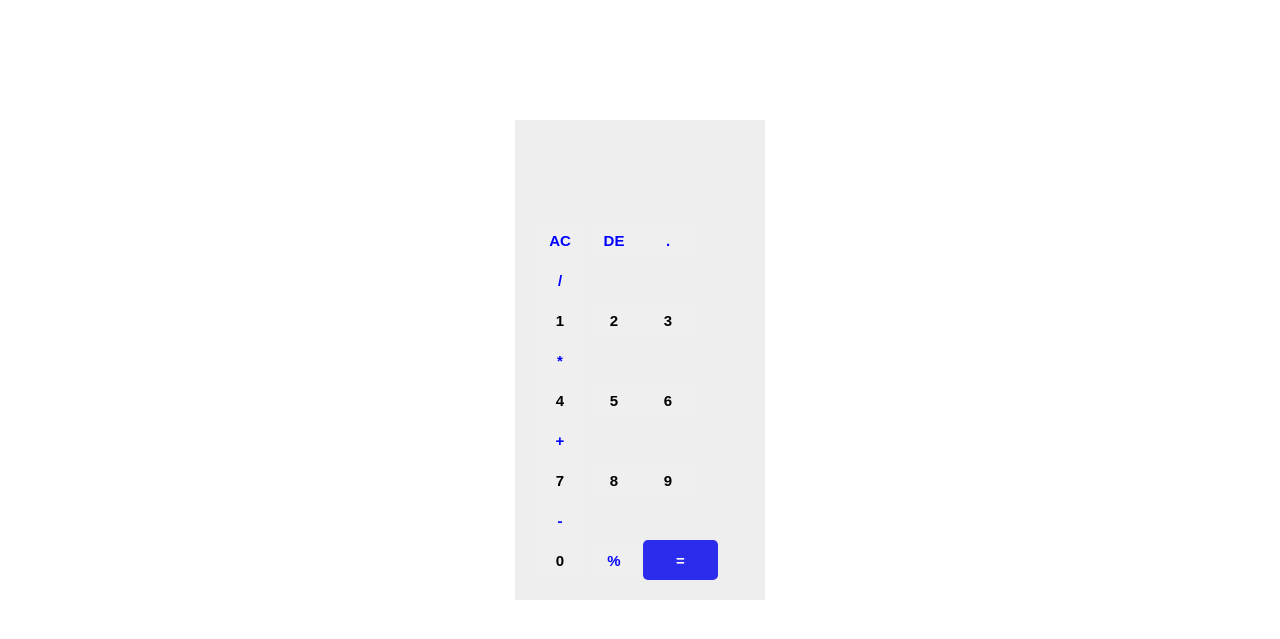
Repository: jerrys-arch/web-calculator
Page: index.html
These files come from the project's save history. The page is drawn as it stood at one moment and after a run of saves; the edit follows.
The browser window is 1280 px wide. The pictures show the whole page.

Above is the page before, as saved 2024-11-30 06:03:23.

### index.html
<!DOCTYPE html>
<html lang="en">
<head>
    <meta charset="UTF-8">
    <meta name="viewport" content="width=device-width, initial-scale=1.0">
    <title>calculator</title>
    <link rel="stylesheet" href="styles.css">
</head>
<body>
    <div class="container">
        <div class="calculator">
            <form>
            <div class="display">
                <input id="display" type="text" disabled>
            </div>
            <div class="btn">
                <input type="button" value="AC" class="operator" onclick="clearDisplay()">
                <input type="button" value="DE" class="operator" onclick="deleteLast()">
                <input type="button" value="." class="operator" onclick="appendToDisplay('.')">
                <input type="button" value="/" class="operator" onclick="appendToDisplay('/')">
            </div>
            <div class="btn">
                <input type="button" value="1" onclick="appendToDisplay('1')">
                <input type="button" value="2" onclick="appendToDisplay('2')">
                <input type="button" value="3" onclick="appendToDisplay('3')">
                <input type="button" value="*" class="operator" onclick="appendToDisplay('*')">
            </div>
            <div>
                <input type="button" value="4" onclick="appendToDisplay('4')">
                <input type="button" value="5" onclick="appendToDisplay('5')">
                <input type="button" value="6" onclick="appendToDisplay('6')">
                <input type="button" value="+" class="operator" onclick="appendToDisplay('+')">
            </div>
            <div class="btn">
                <input type="button" value="7" onclick="appendToDisplay('7')" >
                <input type="button" value="8" onclick="appendToDisplay('8')">
                <input type="button" value="9" onclick="appendToDisplay('9')">
                <input type="button" value="-" class="operator" onclick="appendToDisplay('-')">
            </div>
            <div class="btn">
                <input type="button" value="0" onclick="appendToDisplay('0')">
                <input type="button" value="%" class="operator" onclick="calculatePercent()">
                <input type="button" value="=" id="equal" onclick="calculateResult()">
            </div>
        </form>
        </div>
    </div>
    <script src="script.js"></script>
</body>
</html>

### styles.css
*{
    margin:0;
    padding:0;
    box-sizing: border-box;
}

.container{
    display:flex;
    align-items: center;
    justify-content: center;
    height:100vh;
}
.calculator{
    align-items: center;
    padding:20px;
    width:250px;
    background: #eee;
}
.calculator form input{
    width:50px;
    height:40px;
   /* padding: 10px;*/
    border:none;
    font-size: 15px;
    font-weight: bold;
}
.calculator form .display{
   padding: 20px;

}
.calculator form #display{
   width:100%;
   border:none;
   background: transparent;
   text-align: right;

}
.calculator form #equal{
    width:75px;
    background: rgb(44, 44, 236);
    border:none;
   color:white;
   border-radius: 5px;
}
.operator{
    color:blue;
}

### script.js

const display = document.getElementById("display");
function appendToDisplay(value){
    display.value +=value;
}
function calculateResult(value){
    display.value=eval(display.value);
}
function clearDisplay(){
    display.value='';
}
function deleteLast(){
    display.value=display.value.slice(0,-1);
}
function calculatePercent(value){
   display.value=display.value/100;
}

After the next 3 saves:
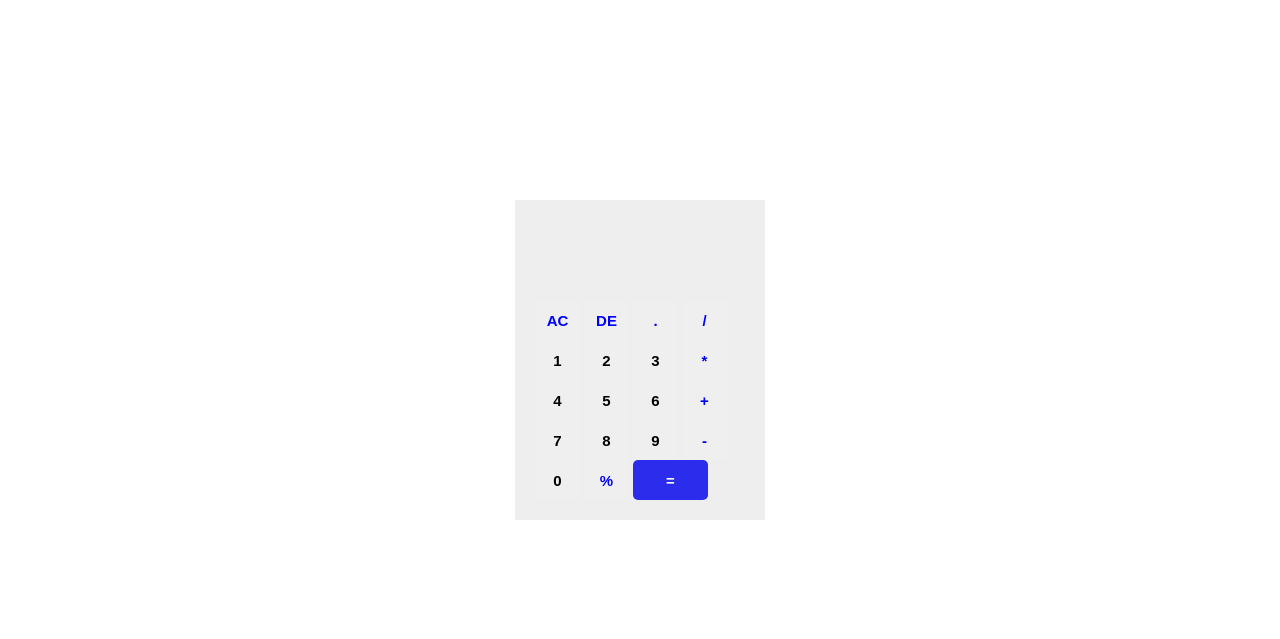
The 3 saves are shown as one change because they came seconds apart.
The last was saved 8 s later.
--- a/styles.css
+++ b/styles.css
@@ -17,7 +17,7 @@
     background: #eee;
 }
 .calculator form input{
-    width:50px;
+    width:45px;
     height:40px;
    /* padding: 10px;*/
     border:none;
